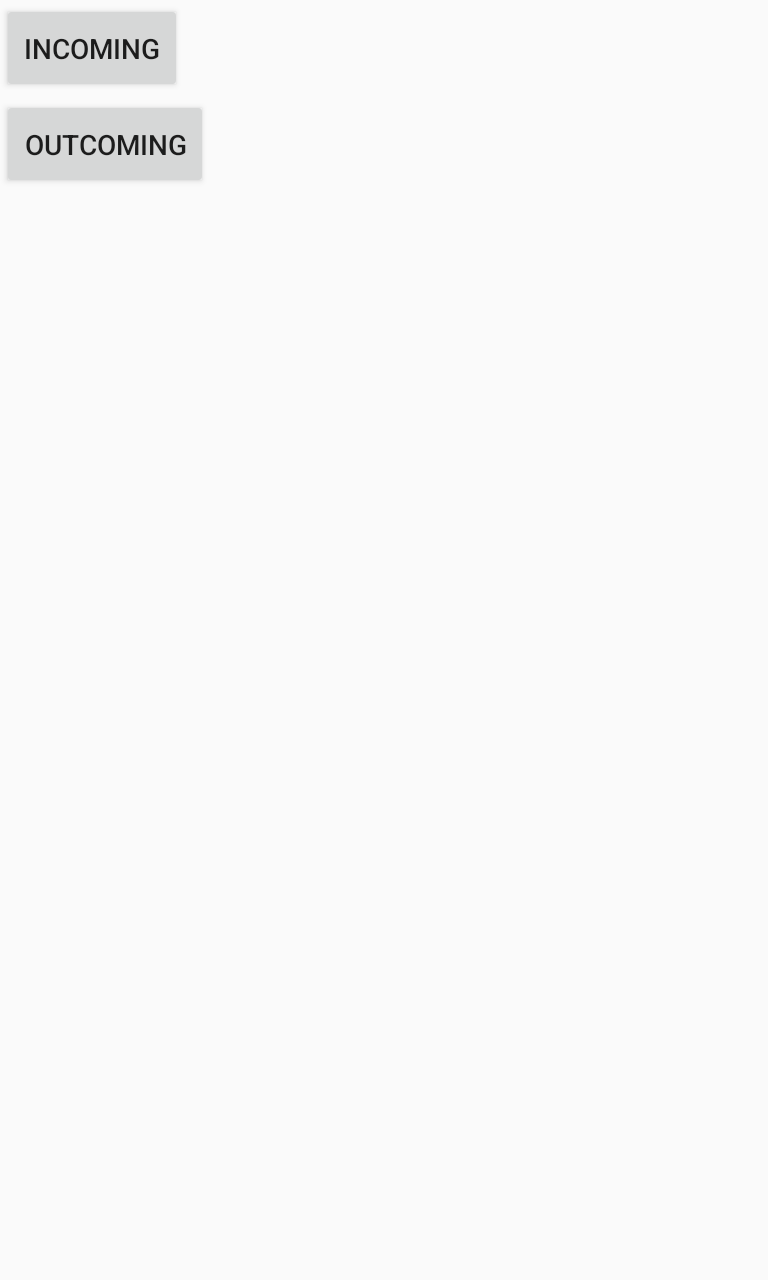
Repository: juanciullini/costManager
Layout: costManager/res/layout/fragment_main.xml
An editor plug-in stored every save of this project. The layout is shown before and after the next save, followed by the edit.
It is drawn on a 768 x 1280 px phone screen (xhdpi) without system bars, with theme AppTheme; the app's code is not run.

Above is the layout before, as saved 2014-10-28 17:02:29.

### costManager/res/layout/fragment_main.xml
<LinearLayout xmlns:android="http://schemas.android.com/apk/res/android"
    xmlns:tools="http://schemas.android.com/tools"
    android:layout_width="match_parent"
    android:layout_height="match_parent"
    android:gravity="centerl"
    android:orientation="vertical"
    tools:context="com.june.costmanager.MainActivity$PlaceholderFragment" >

    <Button
        android:id="@+id/button_incoming"
        android:layout_width="wrap_content"
        android:layout_height="wrap_content"
        android:text="@string/button_incoming" />

    <Button
        android:id="@+id/button_outcoming"
        android:layout_width="wrap_content"
        android:layout_height="wrap_content"
        android:text="@string/button_outcoming" />"

</LinearLayout>

### costManager/res/values/strings.xml
<?xml version="1.0" encoding="utf-8"?>
<resources>

    <string name="app_name">costManager</string>
    <string name="hello_world">Hello world!</string>
    <string name="action_settings">Settings</string>
    <string name="button_incoming">Incoming</string>
    <string name="button_outcoming">Outcoming</string>

</resources>

Loaded but not shown: costManager/res/values/styles.xml (common file); costManager/res/values-v11/styles.xml (common file); costManager/res/values-v14/styles.xml (common file)

After the next save:
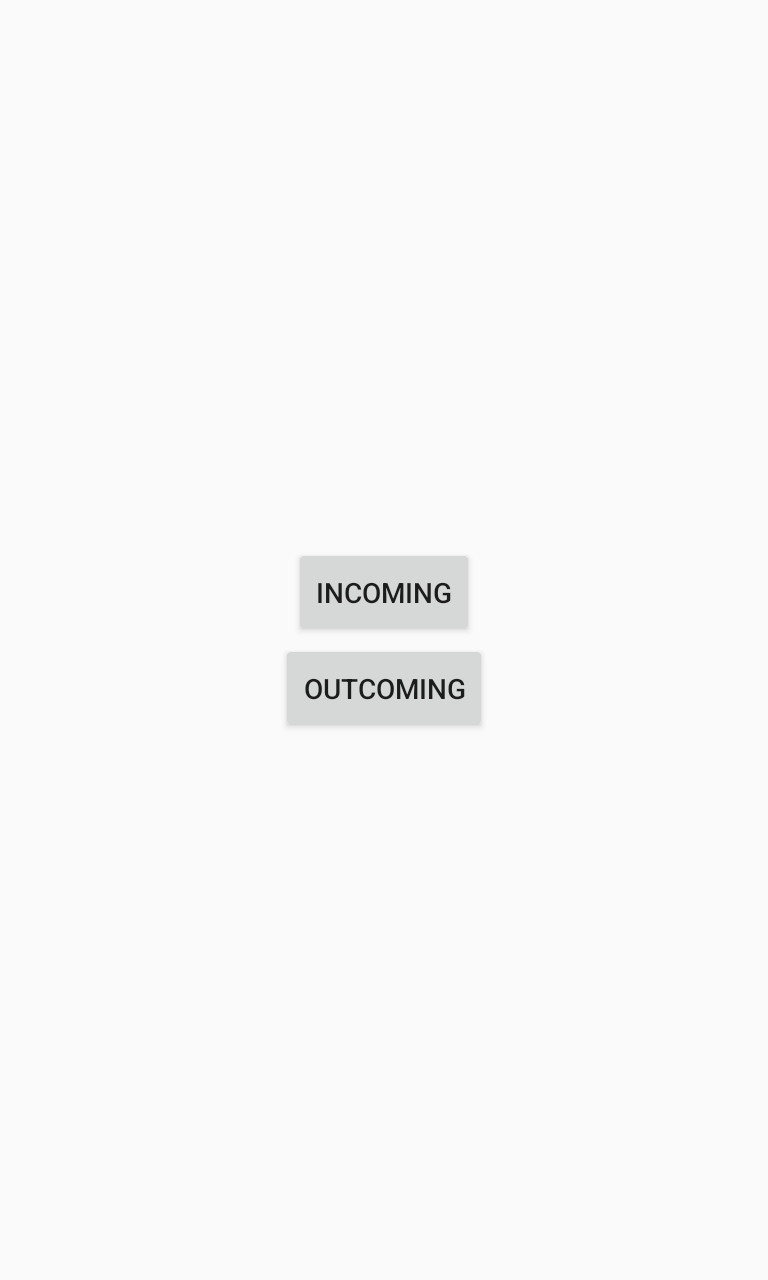
Saved 4 s later.
--- a/costManager/res/layout/fragment_main.xml
+++ b/costManager/res/layout/fragment_main.xml
@@ -2,7 +2,7 @@
     xmlns:tools="http://schemas.android.com/tools"
     android:layout_width="match_parent"
     android:layout_height="match_parent"
-    android:gravity="centerl"
+    android:gravity="center"
     android:orientation="vertical"
     tools:context="com.june.costmanager.MainActivity$PlaceholderFragment" >
 
